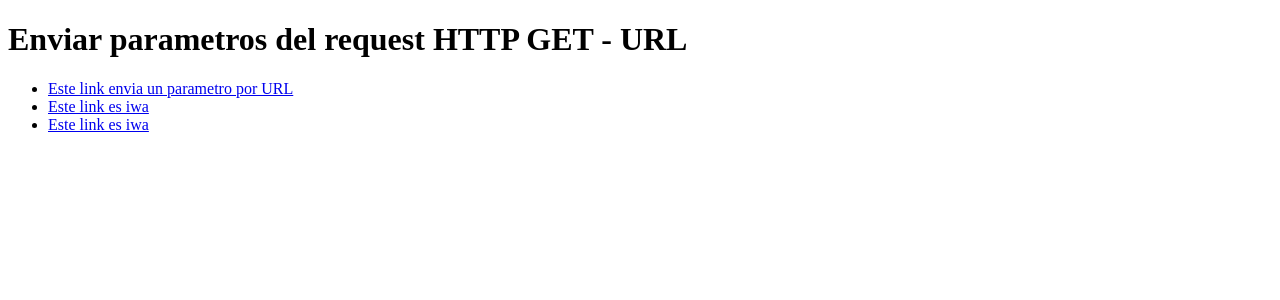
Repository: vittypena/springForm_DataBinding
Page: http://localhost/params/index
These files come from the project's save history. The page is drawn as it stood at one moment and after the next save; the edit follows.
The browser window is 1280 px wide. The pictures show the whole page.
The page is this project's Thymeleaf template; nobody is signed in. The template is opened directly, without the code that normally fills it, so the values that code supplies are empty.

Above is the page before, as saved 2022-04-07 20:14:15.

After the next save:
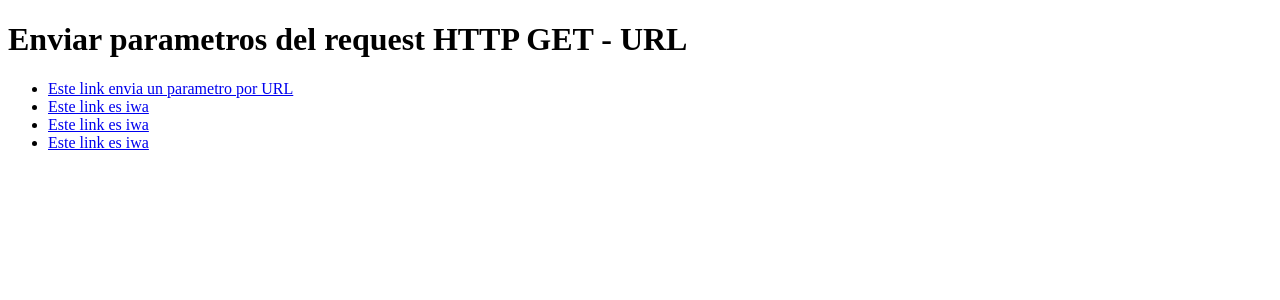
Saved 60 s later.
--- a/spring-boot-web/src/main/resources/templates/params/index.html
+++ b/spring-boot-web/src/main/resources/templates/params/index.html
@@ -16,6 +16,10 @@
 		<li>
 			<a th:href="@{/params/mix-params(saludo='Que tal', numero=7)}">Este link es iwa</a>
 		</li>
+
+		<li>
+			<a th:href="@{/params/mix-params-request(saludo='Que tal', numero=7)}">Este link es iwa</a>
+		</li>
 	</ul>
 </body>
 </html>
